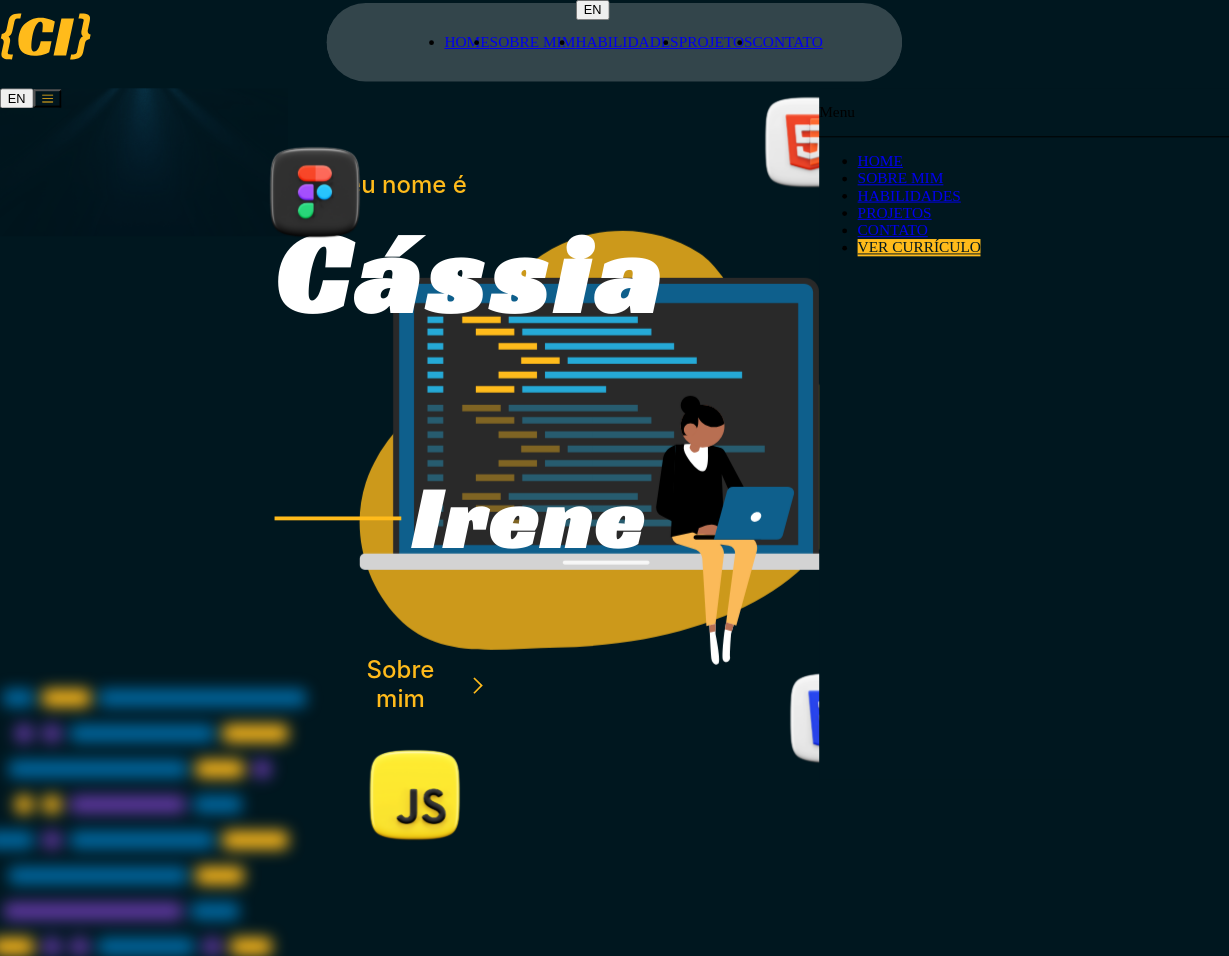
Repository: Cassia-Irene/My-Portfolio
Page: /
These files come from the project's save history. The page is drawn as it stood at one moment and after the next save; the edit follows.
The browser window is 1280 px wide. The pictures show the whole page, at 96% of full size.
The project was rebuilt for these pictures with package versions that can differ from the ones it lists, and the page was loaded fresh each time. Also part of the build but not shown: vite.config.ts.

Above is the page before, as saved 2025-12-09 01:31:00.

After the next save:
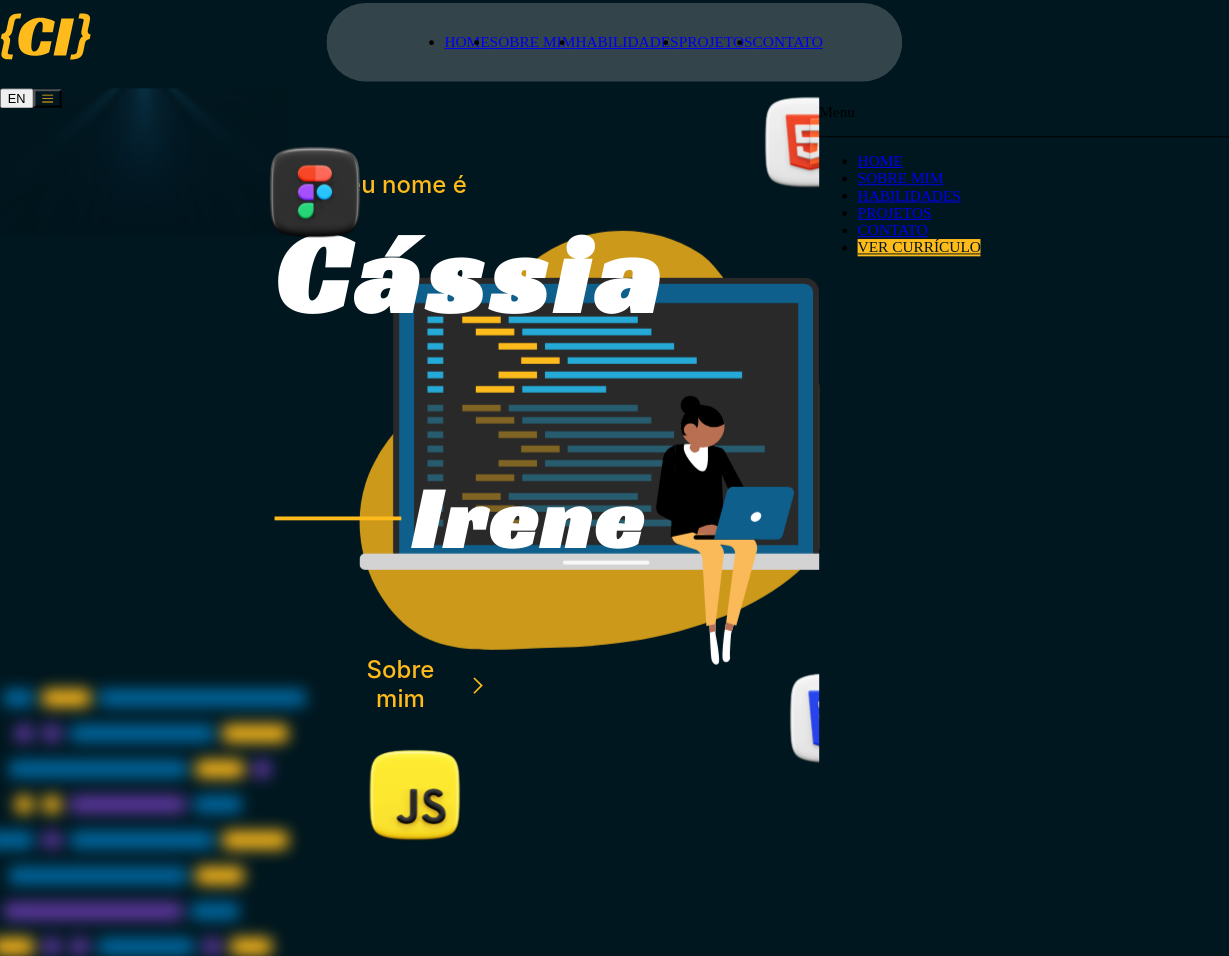
Saved 87 s later.
--- a/src/Header.tsx
+++ b/src/Header.tsx
@@ -85,11 +85,18 @@ const Header: React.FC = () => {
       </StarBorder>
 
       {/* ==== BOTÃO DE IDIOMA (DESKTOP) ==== */}
+
+      {/* BOTÃO DE IDIOMA — DESKTOP (CANTO SUPERIOR DIREITO) */}
       <button
-        onClick={toggleLanguage}
-        className="fixed top-12 right-16 text-white text-lg font-bold z-[1002]
-                   hover:text-[#00e1ff] transition-all duration-300
-                   md:right-10 sm:hidden"
+        onClick={() => setLang(lang === "PT" ? "EN" : "PT")}
+        className="
+          hidden md:flex
+          fixed top-12 right-16
+          z-[1001]
+          bg-[#FFBB1B] text-[#00171F]
+          px-4 py-2 rounded-xl font-bold
+          hover:bg-yellow-500 transition-all duration-300
+        "
       >
         {lang === "pt" ? "EN" : "PT"}
       </button>
